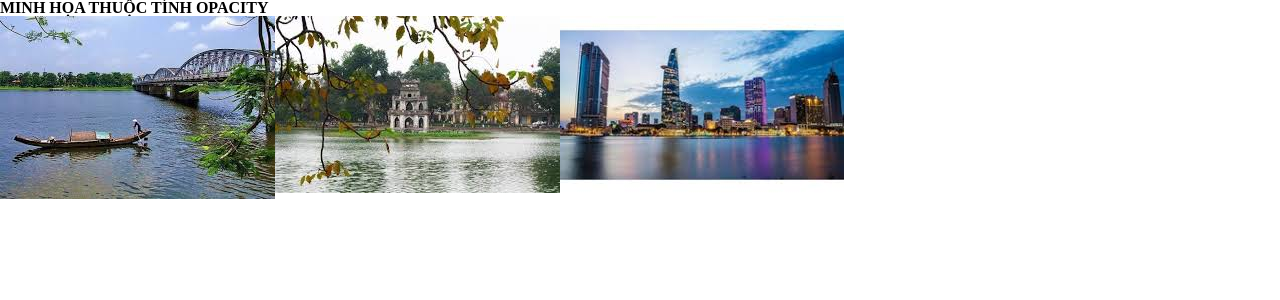
Repository: Tan-Khang21/TH_TKW--Buoi_07
Page: Bai_Tap_Tren_lop/Bai_04/Opacity1.html
These files come from the project's save history. The page is drawn as it stood at one moment and after the next save; the edit follows.
The browser window is 1280 px wide. The pictures show the whole page.

Above is the page before, as saved 2024-03-12 16:26:42.

### Bai_Tap_Tren_lop/Bai_04/Opacity1.html
<!DOCTYPE html>
<html lang="en">
  <head>
    <meta charset="UTF-8" />
    <meta name="viewport" content="width=device-width, initial-scale=1.0" />
    <title>Document</title>
    <link rel="stylesheet" href="style.css" />
    <link rel="stylesheet" href="reset.css" />
  </head>
  <body>
    <h5 class="title">minh họa thuộc tính opacity</h5>
    <div class="container">
      <div class="box">
        <img src="images/images1.jpg" alt="" />
      </div>
      <div class="box">
        <img src="images/images3.jpg" alt="" />
      </div>
      <div class="box">
        <img src="images/images2.jpg" alt="" />
      </div>
    </div>
  </body>
</html>

### Bai_Tap_Tren_lop/Bai_04/style.css
* {
  box-sizing: border-box;
}
body {
  width: 100%;
}
.title {
  font-weight: bold;
  text-transform: uppercase;
}
.container {
  display: flex;
}

Loaded but not shown: Bai_Tap_Tren_lop/Bai_04/reset.css (common file)

After the next save:
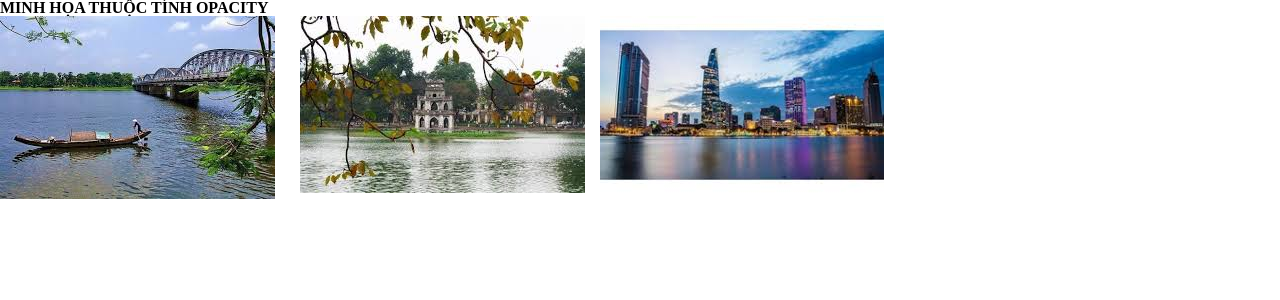
Saved 26 s later.
--- a/Bai_Tap_Tren_lop/Bai_04/style.css
+++ b/Bai_Tap_Tren_lop/Bai_04/style.css
@@ -11,3 +11,7 @@ body {
 .container {
   display: flex;
 }
+.box {
+  width: 300px;
+  height: 200px;
+}
